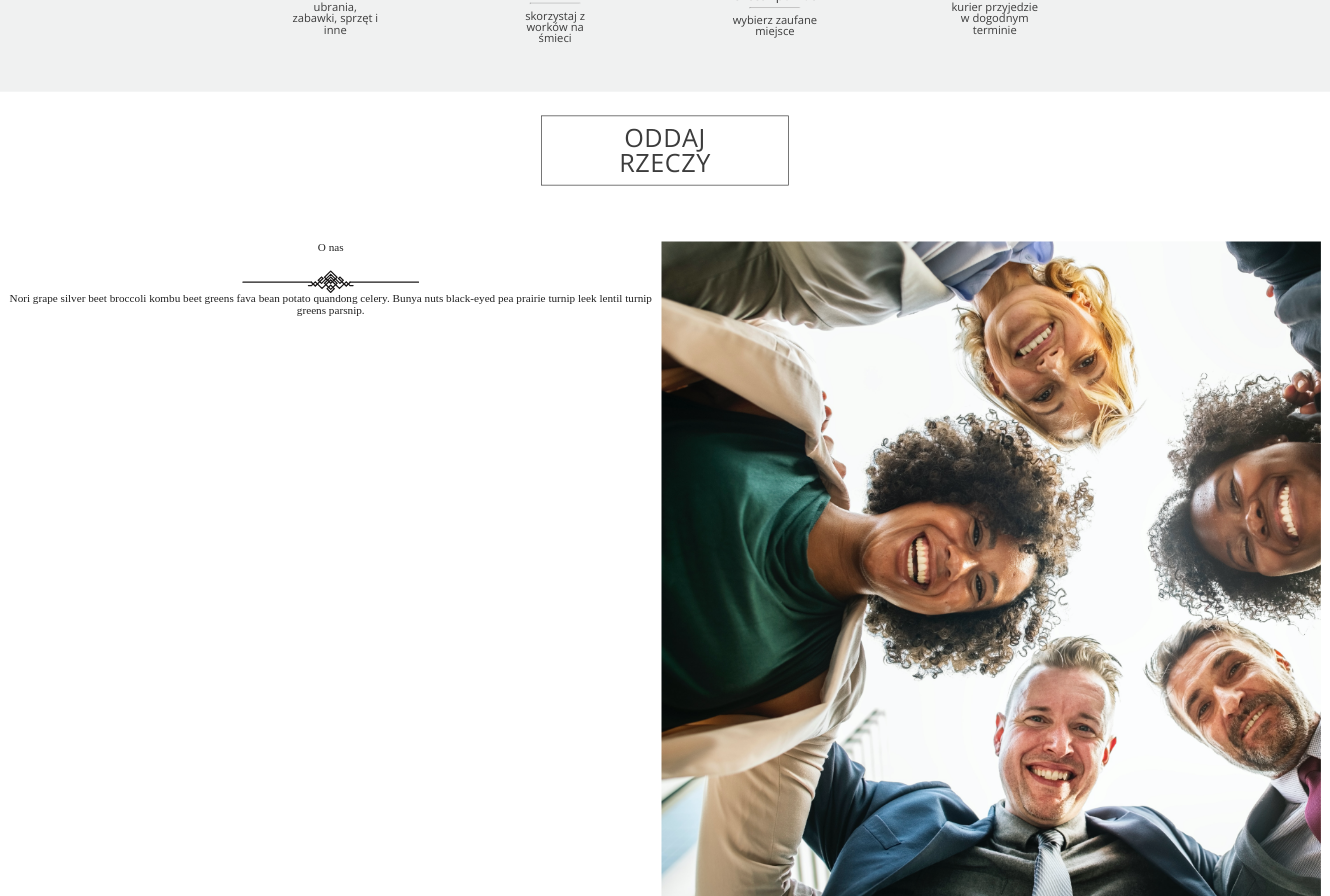
Repository: tomekwoojcik/oddam-w-dobre-rence
Page: /
The author's editor kept a copy of each file at every save. The page is drawn from the files as they stood at one save, then again after the next save.
The browser window is 1280 px wide. The page is 1900 px wide, so the pictures cover 1900 px, including what lies to the right of the window. The pictures show the part of the page from y = 1720 to 3000 px (the page is 3000 px tall), at 70% of full size.
The project was rebuilt for these pictures with package versions that can differ from the ones it lists, and the page was loaded fresh each time. Also part of the build but not shown: src/pages/logIn/logIn.js, src/pages/register/register.js.

Above is the page before, as saved 2022-12-08 09:15:10.

### public/index.html
<!DOCTYPE html>
<html lang="en">
  <head>
    <meta charset="utf-8" />
    <link rel="icon" href="%PUBLIC_URL%/favicon.ico" />
    <meta name="viewport" content="width=device-width, initial-scale=1" />
    <meta name="theme-color" content="#000000" />
    <meta
      name="description"
      content="Web site created using create-react-app"
    />
    <link rel="apple-touch-icon" href="%PUBLIC_URL%/logo192.png" />
    <link rel="manifest" href="%PUBLIC_URL%/manifest.json" />
    <title>React App</title>
    <link rel="preconnect" href="https://fonts.googleapis.com">
    <link rel="preconnect" href="https://fonts.gstatic.com" crossorigin>
    <link
      href="https://fonts.googleapis.com/css2?family=Merriweather:ital,wght@0,300;0,400;0,700;0,900;1,300;1,400;1,700;1,900&family=Open+Sans:ital,wght@0,300;0,400;0,500;0,600;0,700;0,800;1,300;1,400;1,500;1,600;1,700;1,800&display=swap"
      rel="stylesheet">
  </head>
  <body>
    <div id="root"></div>
  </body>
</html>

### src/index.js
import React from 'react'
import ReactDOM from 'react-dom/client'
import './scss/main.scss'
import App from './App'
import reportWebVitals from './reportWebVitals'

const root = ReactDOM.createRoot(document.getElementById('root'))
root.render(
  <React.StrictMode>
    <App />
  </React.StrictMode>
)

// If you want to start measuring performance in your app, pass a function
// to log results (for example: reportWebVitals(console.log))
// or send to an analytics endpoint. Learn more: https://bit.ly/CRA-vitals
reportWebVitals()

### src/scss/main.scss
@import './reset';
@import './settings/colors';
@import './settings/fonts';
@import '../components/atoms/buttonsMenu/buttonsMenu';
@import '../components/molecules/navMenu/navMenu';
@import '../components/atoms/buttonsLoginLogout/buttonsLoginLogout';
@import '../components/molecules/navLoginLogout/navLoginLogout';
@import '../components/molecules/menu/menu';
@import '../components/atoms/photoInHeader/photoInHeader.scss';
@import '../components/organisms/header/header';
@import '../components/atoms/partTextInHeader/firstPartText';
@import '../components/molecules/rightPart/rightPart';
@import '../components/molecules/textInHeader/textInHeader';
@import '../components/atoms/decorationAssets/decorationAssets';
@import '../components/molecules/menuRightPartContext/menuRightPartContext';
@import '../components/atoms/buttonsInRightPartContext/buttonsInRightPartContext';
@import '../components/organisms/threeColumns/threeColumns';
@import '../pages/home/home';
@import '../components/molecules/oneColumn/oneColumn';
@import '../components/atoms/counterInColumn/counterInColumn';
@import '../components/atoms/titleInColumn/titleInColumn';
@import '../components/atoms/textInColumn/textInColumn';
@import '../components/atoms/simpleStepsTitle/simpleStepsTitle';
@import '../components/organisms/simpleSteps/simpleSteps';
@import '../components/atoms/simpleStepsColumn/simpleStepsColumn';
@import '../components/molecules/simpleStepsBar/simpleStepsBar';
@import '../components/organisms/aboutUsBar/aboutUsBar';

* {
    font-family: $font-base;
}

### src/App.js
/* eslint-disable react/react-in-jsx-scope */
import { Outlet, Route, Routes } from 'react-router'
import { BrowserRouter } from 'react-router-dom'
import Home from './pages/home/home'
import './App.css'
import LogIn from './pages/logIn/logIn'
import Register from './pages/register/register'

function App () {
  return (
    <div className="App">
      <Outlet />
      <BrowserRouter>
        <Routes>
          <Route path='/' element={<Home />} />
          <Route path='logowanie' element={<LogIn />} />
          <Route path='rejestracja' element={<Register />} />
        </Routes>

      </BrowserRouter>
    </div>
  )
}

export default App

### src/scss/settings/_colors.scss
$white-color: #F0F1F1;
$mustard-color: #5E5322;
$strong-yellow-color: #FAD648;
$grey-color: #737373;
$black-color: #3C3C3C;

### src/components/atoms/buttonsMenu/_buttonsMenu.scss
@import '../../../scss/settings/fonts';
@import '../../../scss/settings/colors';

.buttonItem {
    .button {
        font-size: 18px;
        padding: 9px 20px;
        color: $black-color;
        text-decoration: none;
        font-family: $font-base;
        border: 0.75px solid white;
    }

    .button:hover{
        border: 0.75px solid $black-color;
    }
}

### src/components/molecules/navMenu/_navMenu.scss
@import '../../../scss/settings/fonts';
@import '../../../scss/settings/colors';

.buttonList {
    margin-top: 10px;
    display: flex;
    flex-direction: row;
    justify-content: flex-end;
    margin-right: 142px;
}

### src/components/atoms/buttonsLoginLogout/_buttonsLoginLogout.scss
@import '../../../scss/settings/fonts';
@import '../../../scss/settings/colors';

.buttonMenuItems {
    .buttonMenu {
        font-family: $font-base;
        font-size: 14px;
        text-decoration: none;
        color: $grey-color;
        padding: 9px 10px;
        margin-left: 20px;
        border: 0.75px solid white;
    }

    .buttonMenu:hover{
        border-color: $strong-yellow-color;
    }
}

### src/components/molecules/navLoginLogout/_navLoginLogout.scss
.buttonMenuList{
    display: flex;
    flex-direction: row;
    justify-content: flex-end;
    margin-right: 142px;
    margin-bottom: 60px;
}

### src/components/molecules/menu/_menu.scss
.menu {
    width: 100%;
    margin-top: 37px;
    flex-direction: column;
}

### src/components/atoms/photoInHeader/_photoInHeader.scss
.photoHeader {
    width: 885px;
    height: 963px;
}

### src/components/organisms/header/_header.scss
.header {
    display: flex;
    flex-direction: row;
    width: 1758px;
}

### src/components/atoms/partTextInHeader/_firstPartText.scss
@import '../../../scss/settings/fonts';
@import '../../../scss/settings/colors';

.textInHeader{
    font-family: $font-base;
    font-size: 38px;
    margin-bottom: 10px;
}

### src/components/molecules/rightPart/_rightPart.scss
.rightPartHeader{
    display: flex;
    flex-direction: column;
}

### src/components/molecules/textInHeader/_textInHeader.scss
.textIn{
    margin-top: 210px;
}

### src/components/atoms/decorationAssets/_decorationAssets.scss
.decorationAssets {
    width: 253px;
    height: 33px;
    align-self: center;
    margin-top: 25px;
}

### src/components/molecules/menuRightPartContext/_menuRightPartContext.scss
.menuRightPartContext{
    display: flex;
    flex-direction: row;
    justify-content: center;
    margin-top: 65px;
}

### src/components/atoms/buttonsInRightPartContext/_buttonsInRightPartContext.scss
@import '../../../scss/settings/fonts';
@import '../../../scss/settings/colors';
@import '../../../scss/settings/otherVariables';

.buttonItemMenuContext {
    width: 250px;
    border: $border;
    padding: 13px 51px;

    .buttonMenuContext {

        text-transform: uppercase;
        text-decoration: none;
        color: $black-color;
        font-size: 36px;
        letter-spacing: 0.76px;
        word-wrap: break-word;
        font-family: $font-base;
        font-weight: 300;
    }

}

.buttonItemMenuContext:nth-child(2) {
    margin-left: 44px;
}

### src/scss/settings/_otherVariables.scss
@import '../settings/colors';
@import '../settings/colors';

$border: 0.75px solid $black-color;

### src/components/organisms/threeColumns/_threeColumns.scss
.threeColumns{
    background: url(../../../assets/backGround.png) ;
    width: 100%;
    display: flex;
    flex-direction: row;
    justify-content: space-around;
}

### src/pages/home/_home.scss
.homePage{
    width: 1900px;
    margin: 0 auto;
}

### src/components/molecules/oneColumn/_oneColumn.scss
.oneColumn {
    display: flex;
    flex-direction: column;
    justify-content: center;
    width: 334px;
    height: 252px;
    padding-top: 46px;
    padding-bottom: 86px;

}

### src/components/atoms/counterInColumn/_counterInColumn.scss
@import '../../../scss/settings/fonts';
@import '../../../scss/settings/colors';
@import '../../../scss/settings/otherVariables';

.counterColumn{
    font-size: 90px;
    font-family: $font-base;
    color: $mustard-color;
    font-weight: 300;
}

### src/components/atoms/titleInColumn/_titleInColumn.scss
@import '../../../scss/settings/fonts';
@import '../../../scss/settings/colors';
@import '../../../scss/settings/otherVariables';

.titleColumn{
    text-transform: uppercase;
    font-size: 18px;
    font-family: $font-base;
    letter-spacing: -0.36px;
    color: $black-color;
    margin: 10px 0 28px 0;

}

### src/components/atoms/textInColumn/_textInColumn.scss
@import '../../../scss/settings/fonts';
@import '../../../scss/settings/colors';
@import '../../../scss/settings/otherVariables';


.textColumn{
    font-family: $font-alt;
    font-size: 16px;
    font-weight: lighter;
    color: $black-color;
    letter-spacing: -0.32px;
    line-height: 25px;
}

### src/components/atoms/simpleStepsTitle/_simpleStepsTitle.scss
@import '../../../scss/settings/fonts';
@import '../../../scss/settings/colors';
@import '../../../scss/settings/otherVariables';

.simpleStepsTitle {
    font-size: 38px;
    font-family: $font-base;
    letter-spacing: -0.76px;
    color: $black-color;
    font-weight: 300;
}

### src/components/organisms/simpleSteps/_simpleSteps.scss
.simpleSteps{
    padding: 55px 0 80px 0;
    display: flex;
    flex-direction: column;

    .buttonItemMenuContext{
        align-self: center;
    }
}

### src/components/atoms/simpleStepsColumn/_simpleStepsColumn.scss
@import '../../../scss/settings/fonts';
@import '../../../scss/settings/colors';
@import '../../../scss/settings/otherVariables';

.simpleStepsColumn {
    width: 130px;
    height: 172px;

    .simpleStepsColumnImg {
        width: 83px;
        height: 83px;
    }

    .simpleStepsColumnTitle {
        font-family: $font-base;
        font-size: 18px;
        color: $black-color;
    }

    .simpleStepsColumnLine {
        color: $grey-color;
        width: 70px;
    }

    .simpleStepsColumnText {
        font-family: $font-base;
        font-size: 16px;
        color: $black-color;
        height: 40px;
        width: 100%;
    }
}


.simpleStepsColumn:nth-child(2){
    .simpleStepsColumnTitle{
        margin-top: 12px;
    }
}

### src/components/molecules/simpleStepsBar/_simpleStepsBar.scss
@import '../../../scss/settings/fonts';
@import '../../../scss/settings/colors';
@import '../../../scss/settings/otherVariables';

.simpleStepsBar {
    background-color: $white-color;
    padding: 71px 414px 76px 414px;
    display: flex;
    flex-direction: row;
    justify-content: space-between;
    margin-top: 34px;
    margin-bottom: 34px;
}

### src/components/organisms/aboutUsBar/_aboutUsBar.scss
@import '../../atoms/aboutUsImg/aboutUsImg';
@import '../../atoms/aboutUsText/aboutUsText';

.aboutUsBar{
    height: 935px;
    display: flex;
}

### src/components/atoms/aboutUsImg/_aboutUsImg.scss
.aboutUsImg{
    background-image: url('../../../assets/People.png');
    width: 942px;
    height: 100%;

}

### src/components/atoms/aboutUsText/_aboutUsText.scss
.aboutUsText{

    width: 945px;
}

### src/pages/home/home.js
import React from 'react'
import AboutUsBar from '../../components/organisms/aboutUsBar/aboutUsBar'
import Header from '../../components/organisms/header/header'
import SimpleSteps from '../../components/organisms/simpleSteps/simpleSteps'
import ThreeColumns from '../../components/organisms/threeColumns/threeColumns'

const Home = () => {
  return (
    <div className='homePage'>
      <Header />
      <ThreeColumns />
      <SimpleSteps />
      <AboutUsBar/>
    </div>
  )
}

export default Home

### src/components/organisms/aboutUsBar/aboutUsBar.js
import React from 'react'
import AboutUsImg from '../../atoms/aboutUsImg/aboutUsImg'
import AboutUsText from '../../atoms/aboutUsText/aboutUsText'

const AboutUsBar = () => {
  return (
        <div className='aboutUsBar'>
          <AboutUsText aboutUsTextTitle={'O nas'} aboutUsTextinText={'Nori grape silver beet broccoli kombu beet greens fava bean potato quandong celery. Bunya nuts black-eyed pea prairie turnip leek lentil turnip greens parsnip.'} />
          <AboutUsImg/>
        </div>
  )
}

export default AboutUsBar

### src/components/organisms/header/header.js
import React from 'react'
import PhotoInHeader from '../../atoms/photoInHeader/photoInHeader'
import RightPart from '../../molecules/rightPart/rightPart'
const Header = () => {
  return (
    <header className='header'>
      <PhotoInHeader />
      <RightPart />
    </header>

  )
}

export default Header

### src/components/organisms/simpleSteps/simpleSteps.js
import React from 'react'
import SimpleStepsTitle from '../../atoms/simpleStepsTitle/simpleStepsTitle'
import DecorationAssets from '../../atoms/decorationAssets/decorationAssets'
import SimpleStepsBar from '../../molecules/simpleStepsBar/simpleStepsBar'
import ButtonsInRightPartContext from '../../atoms/buttonsInRightPartContext/buttonsInRightPartContext'
const SimpleSteps = () => {
  return (
        <div className='simpleSteps'>
            <SimpleStepsTitle text={'Wystarczą 4 proste kroki'} />
            <DecorationAssets />
            <SimpleStepsBar />
            <ButtonsInRightPartContext buttonName={'oddaj rzeczy'} />
        </div>
  )
}

export default SimpleSteps

### src/components/organisms/threeColumns/threeColumns.js
import React from 'react'
import OneColumn from '../../molecules/oneColumn/oneColumn'

const ThreeColumns = () => {
  return (
        <div className='threeColumns'>
          <OneColumn counter={'10'} title={'Oddanych worków'} text={'Lorem ipsum dolor sit amet, consectetur adipisc Pellentesque vel enim a elit viverra elementuma. Aliquam erat volutpat.'} />
          <OneColumn counter={'5'} title={'Wspartych organizacji'} text={'Lorem ipsum dolor sit amet, consectetur adipisc Pellentesque vel enim a elit viverra elementuma. Aliquam erat volutpat.'} />
          <OneColumn counter={'7'} title={'Zorganizowanych zbiórek'} text={'Lorem ipsum dolor sit amet, consectetur adipisc Pellentesque vel enim a elit viverra elementuma. Aliquam erat volutpat.'} />
        </div>
  )
}

export default ThreeColumns

### src/components/atoms/aboutUsImg/aboutUsImg.js
import React from 'react'
const AboutUsImg = () => {
  return (
        <div className='aboutUsImg'/>
  )
}

export default AboutUsImg

### src/components/atoms/aboutUsText/aboutUsText.js
/* eslint-disable react/prop-types */
import DecorationAsets from '../decorationAssets/decorationAssets'
import React from 'react'

const AboutUsText = ({ aboutUsTextTitle, aboutUsTextinText }) => {
  return (
        <div className='aboutUsText'>
            <h3 className='aboutUsTextTitle'>{aboutUsTextTitle}</h3>
            <DecorationAsets />
          <p className='aboutUsTextinText'>{aboutUsTextinText}</p>
          <div className='aboutUsSignature'/>
        </div>
  )
}

export default AboutUsText

### src/components/atoms/photoInHeader/photoInHeader.js
import React from 'react'
import Image from '../../../assets/Home-Hero-Image.jpg'

const PhotoInHeader = () => {
  return (
    <img className='photoHeader' src={Image} />
  )
}

export default PhotoInHeader

### src/components/molecules/rightPart/rightPart.js
import React from 'react'
import Menu from '../menu/menu'
import RightPartContext from '../rightPartContext/rightPartContext'

const RightPart = () => {
  return (
    <div className='rightPartHeader'>
      <Menu />
      <RightPartContext />
    </div>
  )
}

export default RightPart

### src/components/atoms/simpleStepsTitle/simpleStepsTitle.js
/* eslint-disable react/prop-types */
import React from 'react'

const SimpleStepsTitle = ({ text }) => {
  return (
        <h4 className='simpleStepsTitle'>{text}</h4>
  )
}

export default SimpleStepsTitle

### src/components/atoms/decorationAssets/decorationAssets.js
import React from 'react'
import DecoratorImage from '../../../assets/Decoration.svg'
const DecorationAssets = () => {
  return (
        <img className="decorationAssets" src={DecoratorImage} />
  )
}

export default DecorationAssets

### src/components/atoms/buttonsInRightPartContext/buttonsInRightPartContext.js
import React from 'react'
import { NavLink } from 'react-router-dom'

// eslint-disable-next-line react/prop-types
const ButtonsInRightPartContext = ({ source, buttonName }) => {
  return (
    <div className='buttonItemMenuContext'><NavLink className='buttonMenuContext' to={source}>{buttonName}</NavLink></div>
  )
}

export default ButtonsInRightPartContext

### src/components/molecules/oneColumn/oneColumn.js
/* eslint-disable react/prop-types */
import React from 'react'
import CounterInColumn from '../../atoms/counterInColumn/counterInColumn'
import TextInColumn from '../../atoms/textInColumn/textInColumn'
import TitleInColumn from '../../atoms/titleInColumn/titleInColumn'

const OneColumn = ({ counter, title, text }) => {
  return (
        <div className='oneColumn'>
            <CounterInColumn counterColumn={counter} />
            <TitleInColumn titleColumn={title} />
            <TextInColumn textColumn={text} />
        </div>
  )
}

export default OneColumn

### src/components/molecules/menu/menu.js
import React from 'react'
import NavLoginLogout from '../navLoginLogout/navLoginLogout'
import NavMenu from '../navMenu/navMenu'

const Menu = () => {
  return (
    <div className='menu'>
      <NavLoginLogout />
      <NavMenu />
    </div>
  )
}

export default Menu

### src/components/molecules/rightPartContext/rightPartContext.js
import React from 'react'
import DecorationAssets from '../../atoms/decorationAssets/decorationAssets'
import MenuRightPartContext from '../menuRightPartContext/menuRightPartContext'
import TextInHeader from '../textInHeader/textInHeader'

const RightPartContext = () => {
  return (
      <div className='rightPartContext'>
          <TextInHeader />
          <DecorationAssets />
          <MenuRightPartContext/>
        </div>
  )
}

export default RightPartContext

### src/components/atoms/simpleStepsColumn/simpleStepsColumn.js
/* eslint-disable react/prop-types */
import React from 'react'

const SimpleStepsColumn = ({ source, simpleStepsColumnTitle, simpleStepsColumnText }) => {
  return (
    <div className='simpleStepsColumn'>
          <img className='simpleStepsColumnImg' src={source} />
          <h4 className='simpleStepsColumnTitle' >{simpleStepsColumnTitle}</h4>
          <hr className='simpleStepsColumnLine' />
          <p className='simpleStepsColumnText'>{simpleStepsColumnText}</p>
    </div>
  )
}

export default SimpleStepsColumn

### src/components/atoms/counterInColumn/counterInColumn.js
/* eslint-disable react/prop-types */
import React from 'react'

const CounterInColumn = ({ counterColumn }) => {
  return (
    <h3 className='counterColumn'>{counterColumn}</h3>
  )
}

export default CounterInColumn

### src/components/atoms/textInColumn/textInColumn.js
/* eslint-disable react/prop-types */
import React from 'react'

const TextInColumn = ({ textColumn }) => {
  return (
      <p className='textColumn'>{ textColumn }</p>
  )
}

export default TextInColumn

### src/components/atoms/titleInColumn/titleInColumn.js
/* eslint-disable react/prop-types */
import React from 'react'

const TitleInColumn = ({ titleColumn }) => {
  return (
      <h4 className='titleColumn'>{titleColumn}</h4>
  )
}

export default TitleInColumn

### src/components/molecules/navLoginLogout/navLoginLogout.js
import React from 'react'
import ButtonsLoginLogout from '../../atoms/buttonsLoginLogout/buttonsLoginLogout'

const NavLoginLogout = () => {
  return (
        <ul className='buttonMenuList'>
          <ButtonsLoginLogout source={'logowanie'} buttonName={'Zaloguj'} />
          <ButtonsLoginLogout source={'rejestracja'} buttonName={'Załóź konto'} />
        </ul>
  )
}

export default NavLoginLogout

### src/components/molecules/navMenu/navMenu.js
import React from 'react'
import ButtonsMenu from '../../atoms/buttonsMenu/buttonsMenu'

const NavMenu = () => {
  return (
        <ul className='buttonList'>
          <ButtonsMenu source={'/'} linkName={'Start'} />
          <ButtonsMenu source={'/'} linkName={'O co chodzi?'} />
          <ButtonsMenu source={'/'} linkName={'O nas'} />
          <ButtonsMenu source={'/'} linkName={'Fundacje i organizacje'} />
          <ButtonsMenu source={'/'} linkName={'Kontakt'} />
        </ul>
  )
}

export default NavMenu

### src/components/molecules/menuRightPartContext/menuRightPartContext.js
import React from 'react'
import ButtonsInRightPartContext from '../../atoms/buttonsInRightPartContext/buttonsInRightPartContext'

const MenuRightPartContext = () => {
  return (
      <ul className='menuRightPartContext'>
      <ButtonsInRightPartContext source={'#'} buttonName={'Oddaj rzeczy'} />
      <ButtonsInRightPartContext source={'#'} buttonName={'Zorganizuj zbiórke'} />
    </ul>
  )
}

export default MenuRightPartContext

### src/components/molecules/textInHeader/textInHeader.js
import React from 'react'
import FirstPartText from '../../atoms/partTextInHeader/firstPartText'

const TextInHeader = () => {
  return (
        <div className='textIn'>
          <FirstPartText textHeader={'Zacznij pomagać!'} />
          <FirstPartText textHeader={'Oddaj niechciane rzeczy w zaufane ręce'} />
        </div>
  )
}

export default TextInHeader

### src/components/atoms/buttonsLoginLogout/buttonsLoginLogout.js
/* eslint-disable react/prop-types */
import React from 'react'
import { NavLink } from 'react-router-dom'

const ButtonsLoginLogout = ({ source, buttonName }) => {
  return (
        <li className='buttonMenuItems'><NavLink className='buttonMenu' to={source}>{buttonName}</NavLink></li>
  )
}

export default ButtonsLoginLogout

### src/components/atoms/buttonsMenu/buttonsMenu.js
import React from 'react'
import { NavLink } from 'react-router-dom'

// eslint-disable-next-line react/prop-types
const ButtonsMenu = ({ source, linkName }) => {
  return (
        <li className='buttonItem'><NavLink className="button" to={source}>{linkName}</NavLink></li>
  )
}

export default ButtonsMenu

### src/components/atoms/partTextInHeader/firstPartText.js
import React from 'react'

// eslint-disable-next-line react/prop-types
const FirstPartText = ({ textHeader }) => {
  return (
    <h3 className='textInHeader'>{textHeader}</h3>
  )
}

export default FirstPartText

Loaded but not shown: src/reportWebVitals.js (common file); src/scss/_reset.scss (common file); src/scss/settings/_fonts.scss (common file); src/App.css (common file); src/components/molecules/simpleStepsBar/simpleStepsBar.js (19 lines, source omitted)

After the next save:
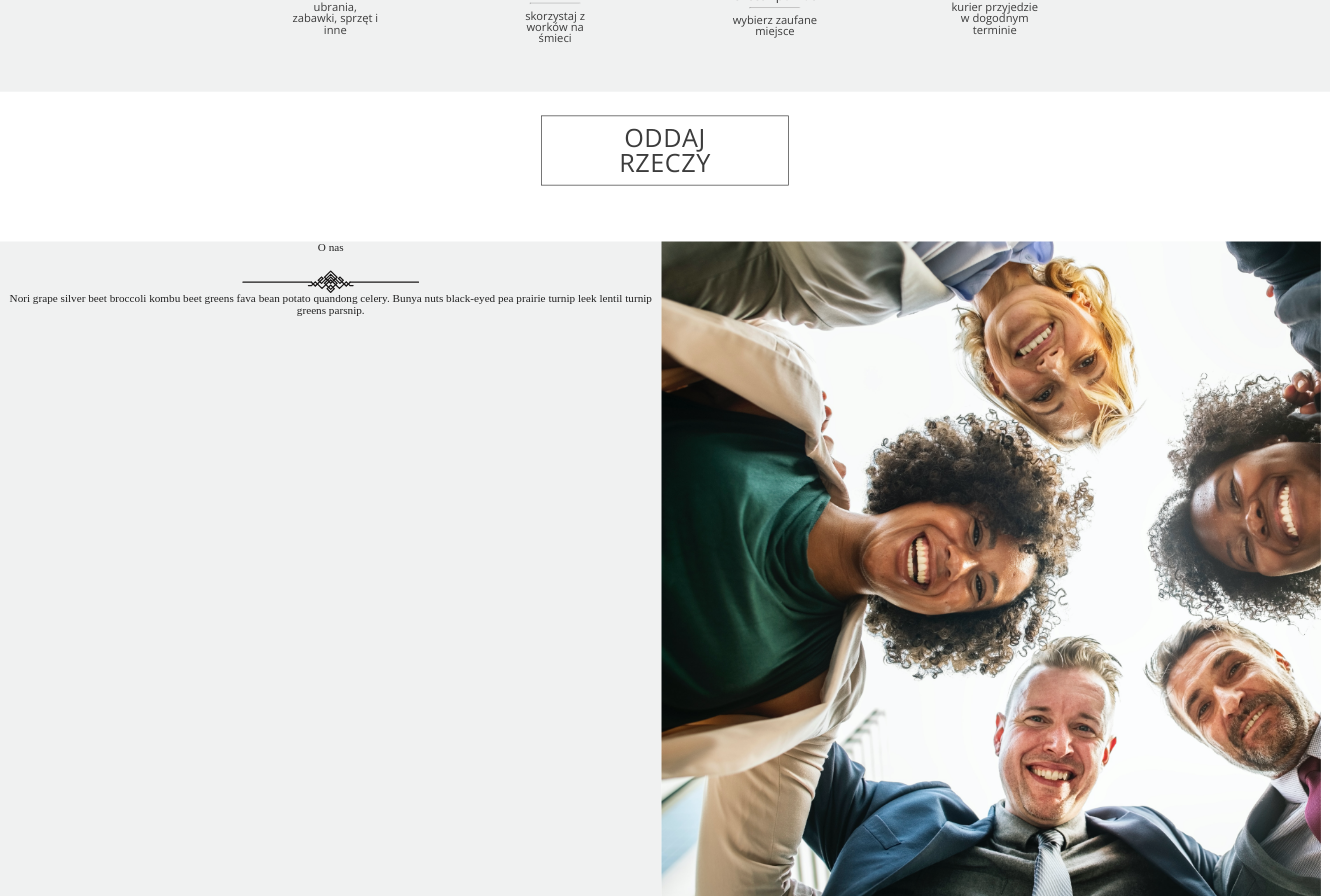
Saved 48 s later.
--- a/src/components/atoms/aboutUsText/_aboutUsText.scss
+++ b/src/components/atoms/aboutUsText/_aboutUsText.scss
@@ -1,4 +1,8 @@
+@import '../../../scss/settings/fonts';
+@import '../../../scss/settings/colors';
+@import '../../../scss/settings/otherVariables';
+
 .aboutUsText{
-
+    background-color: $white-color;
     width: 945px;
 }
